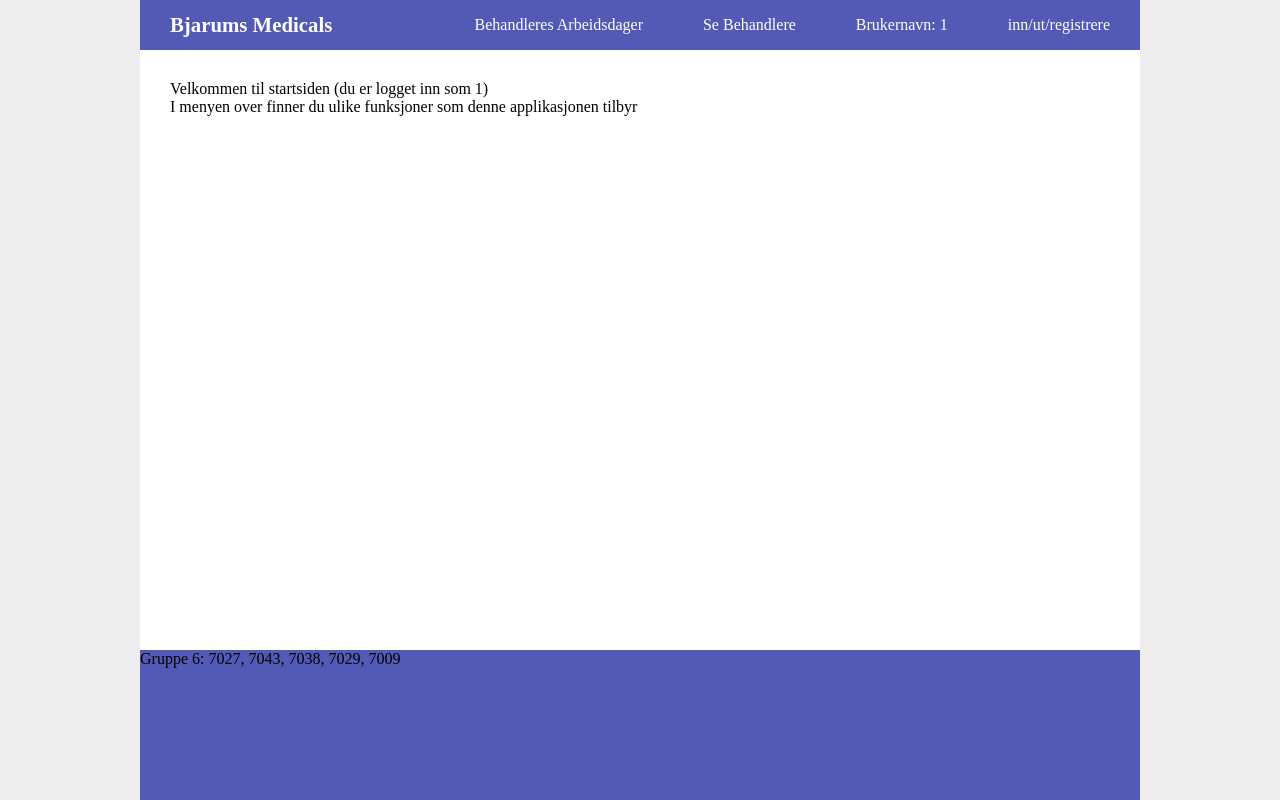
Repository: OlsenKevin/Eksamen-Programmering-2
Page: http://localhost/nettsted/system/index.php
The author's editor kept a record of every edit. The page is drawn from the files as they stood at one moment, then again after the next edit.
The browser window is 1280 px wide. The pictures show the whole page.
The page is run by PHP 8.4 with error messages shown; the project is at /var/www/html/. The session is filled in as if someone had signed in: {"brukernavn": 1}.

Above is the page before.

After the next edit:
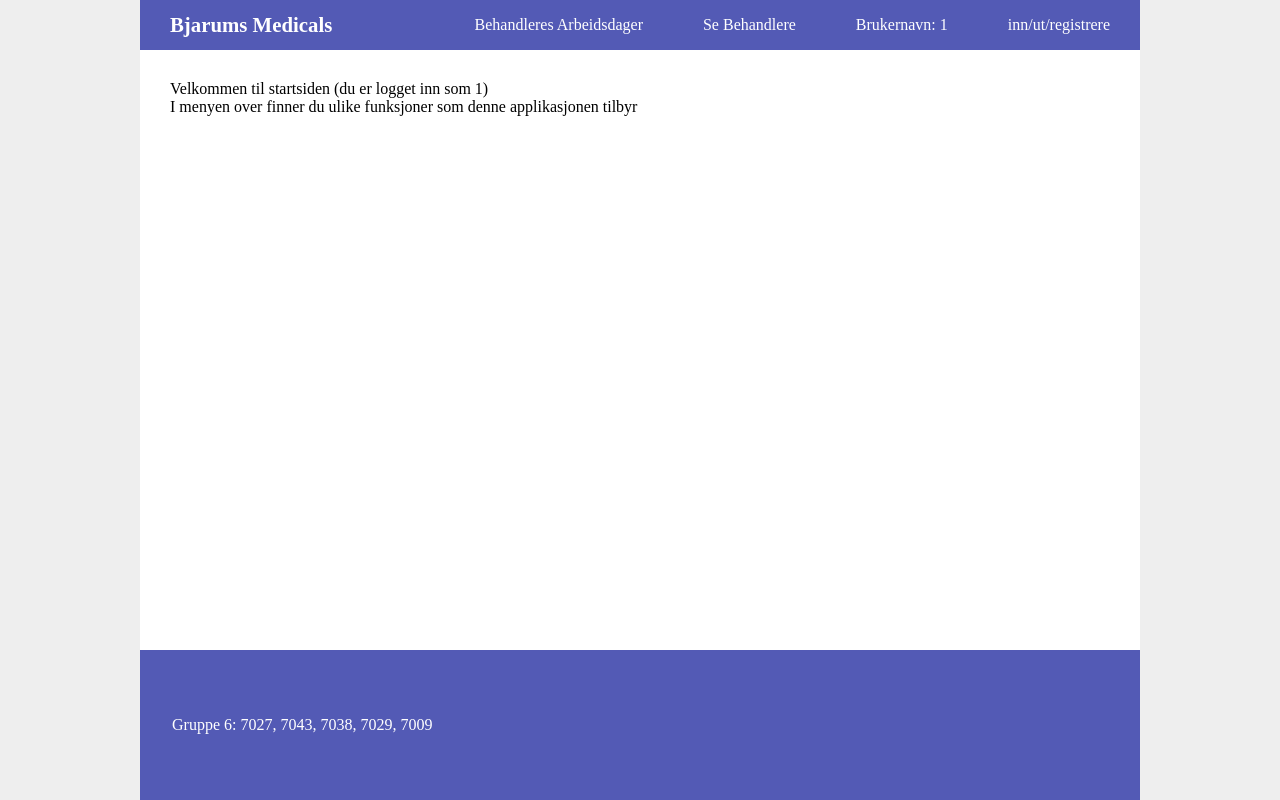
The edit:
--- a/workspace/css/frontend.css
+++ b/workspace/css/frontend.css
@@ -239,4 +239,7 @@
 footer {
 	background-color:#535AB5;
     min-height:150px;
-}
+    line-height:150px;
+    color:white;
+    padding-left:2rem;
+}
